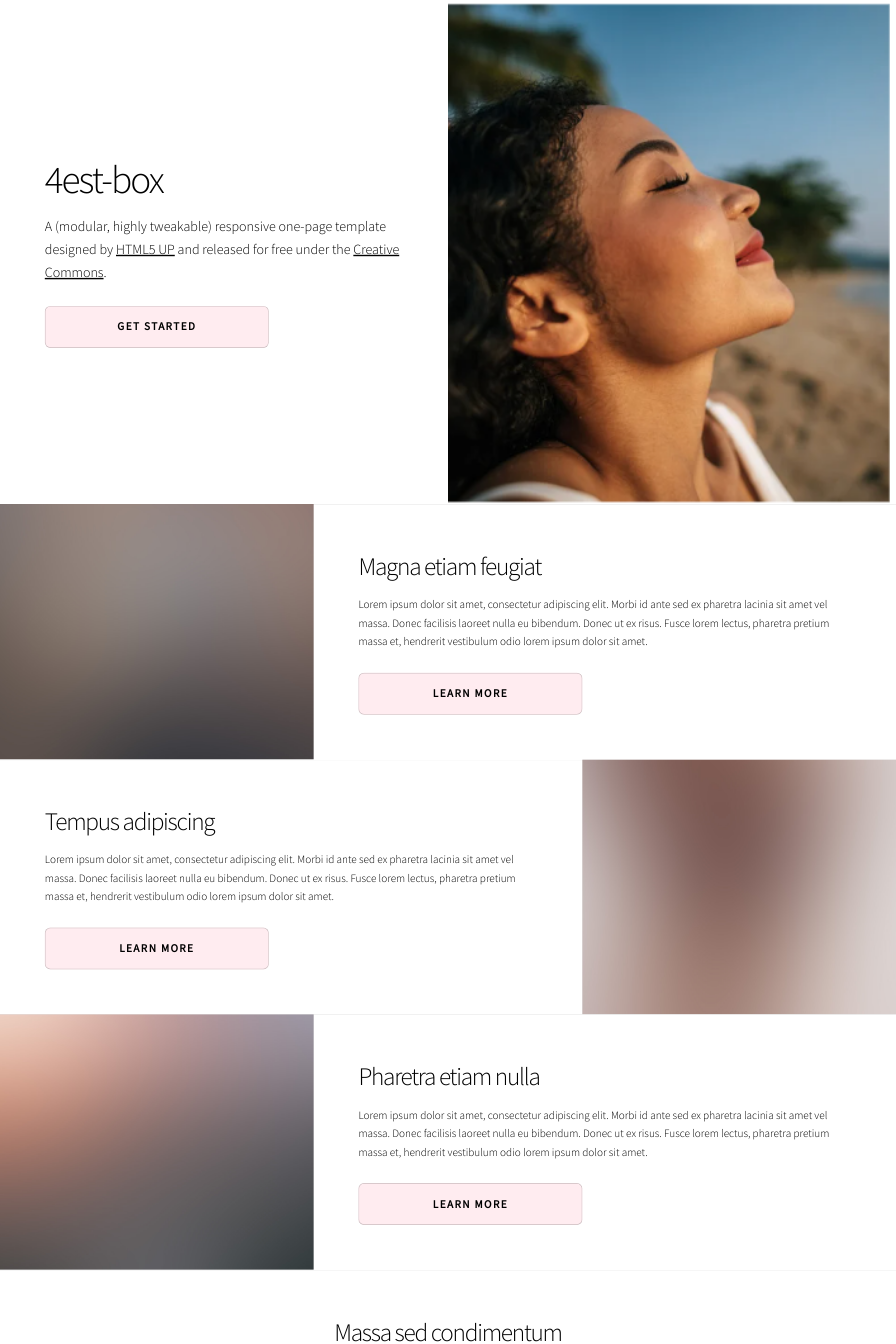
Repository: alejandroRdzGarza/4est-box-landing-page
Page: index.html
The author's editor kept a copy of each file at every save. The page is drawn from the files as they stood at one save, then again after the next save.
The browser window is 1280 px wide. The pictures show the part of the page from y = 0 to 1920 px (the page is 5742 px tall), at 70% of full size.

Above is the page before, as saved 2025-03-04 18:44:36.

After the next save:
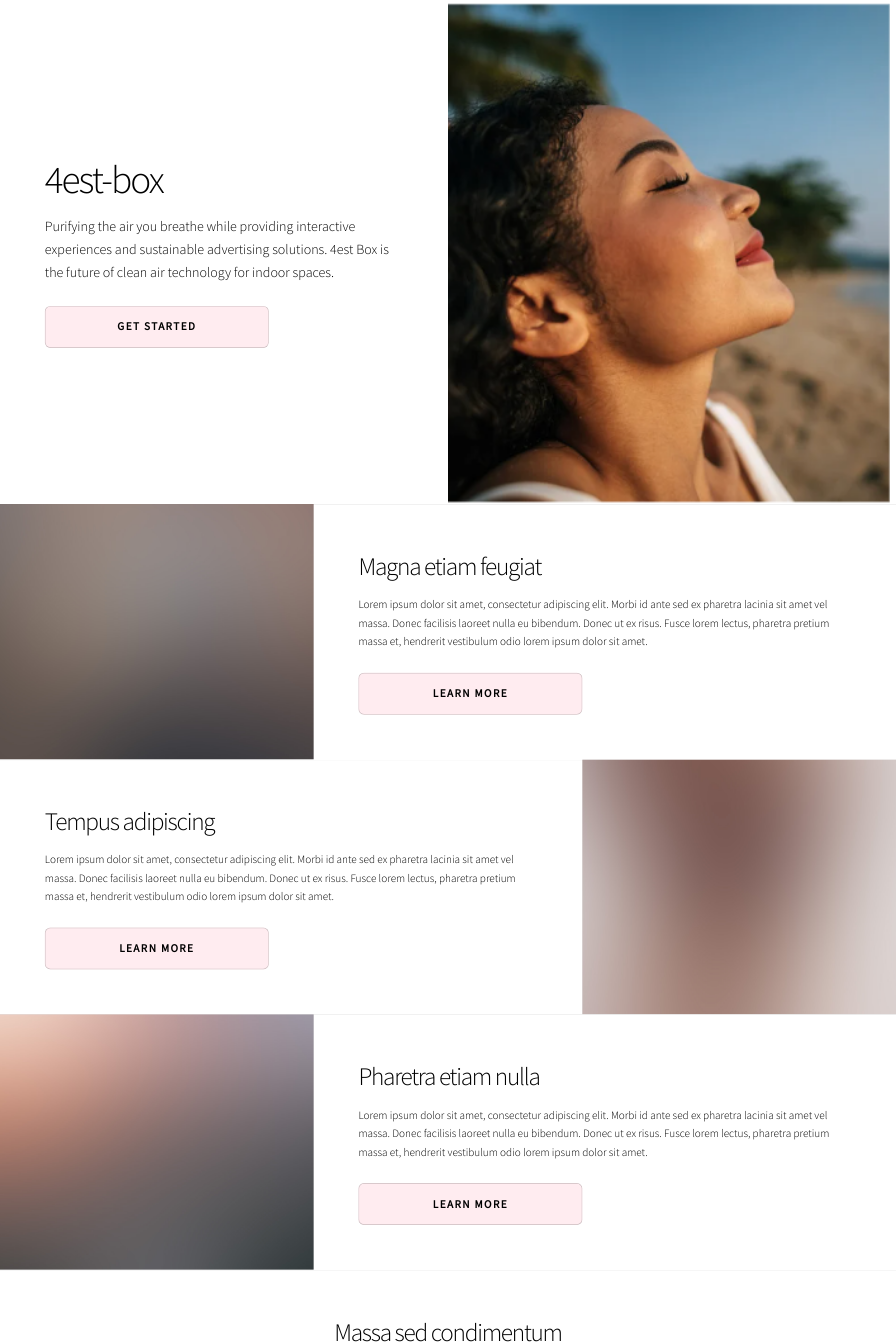
Saved 12 min 37 s later.
--- a/index.html
+++ b/index.html
@@ -22,7 +22,7 @@
 					<section class="banner style1 orient-left content-align-left image-position-right fullscreen onload-image-fade-in onload-content-fade-right">
 						<div class="content">
 							<h1>4est-box</h1>
-							<p class="major">A (modular, highly tweakable) responsive one-page template designed by <a href="https://html5up.net">HTML5 UP</a> and released for free under the <a href="https://html5up.net/license">Creative Commons</a>.</p>
+							<p class="major">Purifying the air you breathe while providing interactive experiences and sustainable advertising solutions. 4est Box is the future of clean air technology for indoor spaces.</p>
 							<ul class="actions stacked">
 								<li><a href="#first" class="button big wide smooth-scroll-middle">Get Started</a></li>
 							</ul>
